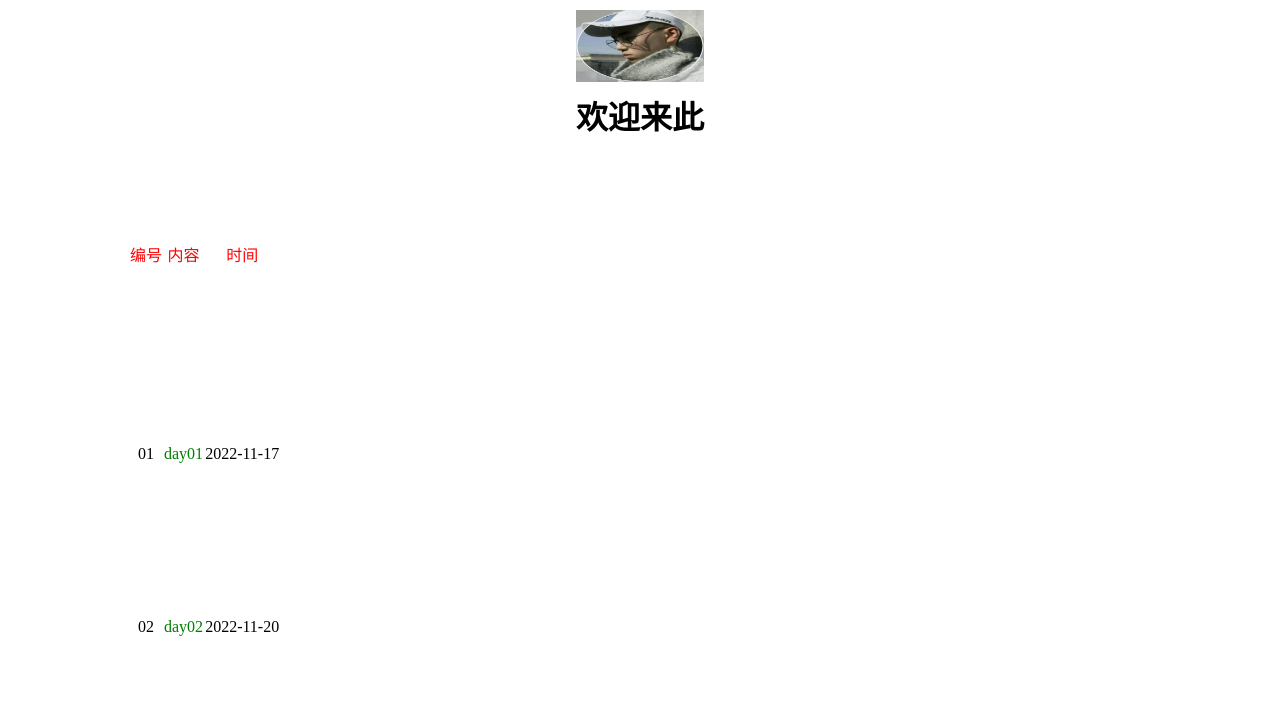
Repository: FengMo1314/JavaWeb
Page: http://localhost/JavaWeb_chen/
These files come from the project's save history. The page is drawn as it stood at one moment and after the next save; the edit follows.
The browser window is 1280 px wide. The pictures show the whole page.
The page is served by Tomcat 10. Nobody is signed in. The application's start-up code is not run.

Above is the page before, as saved 2022-11-20 01:14:22.

After the next save:
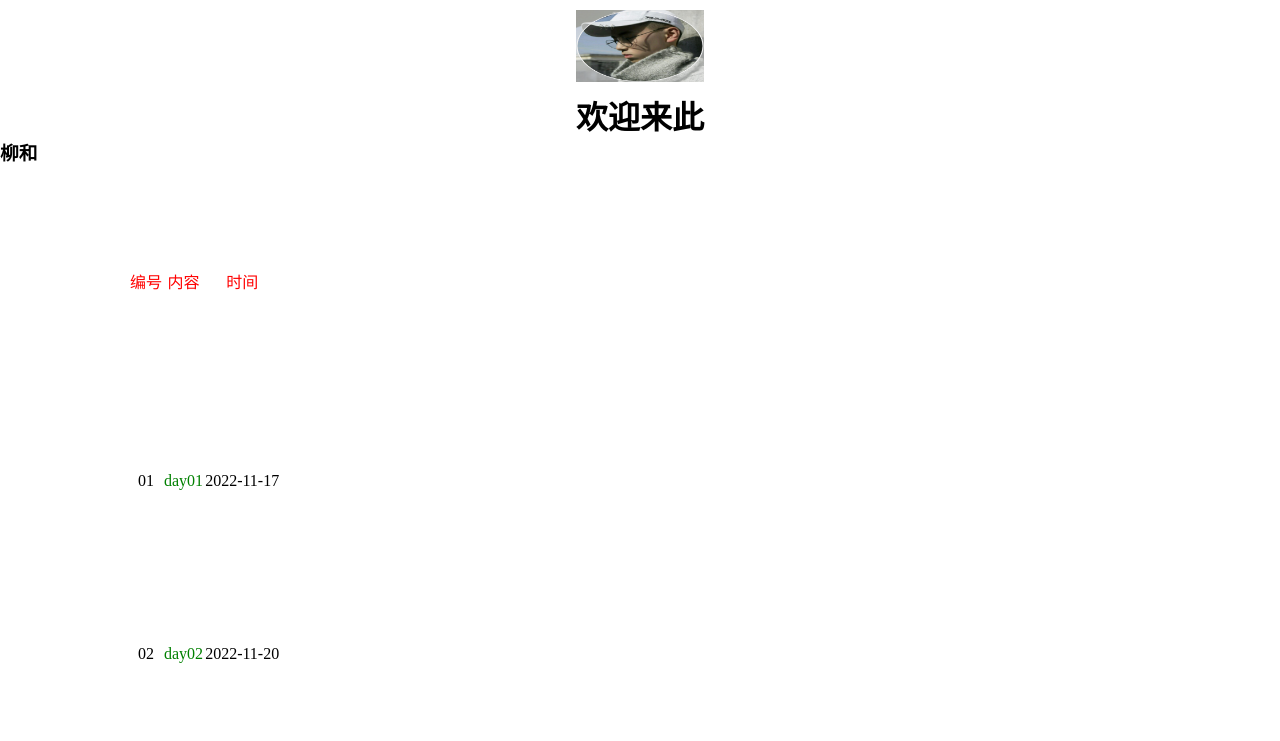
Saved 28 min 2 s later.
--- a/JavaWeb&chen/src/main/webapp/index.jsp
+++ b/JavaWeb&chen/src/main/webapp/index.jsp
@@ -14,6 +14,7 @@
 	<div class="box">
 		<img alt="完了" src="imgs/index/index.png">
 		<h1>欢迎来此</h1>
+		<h3>柳和</h3>
 		<form action="">
 			<table>
 			<tr align="center" style="color: red">
